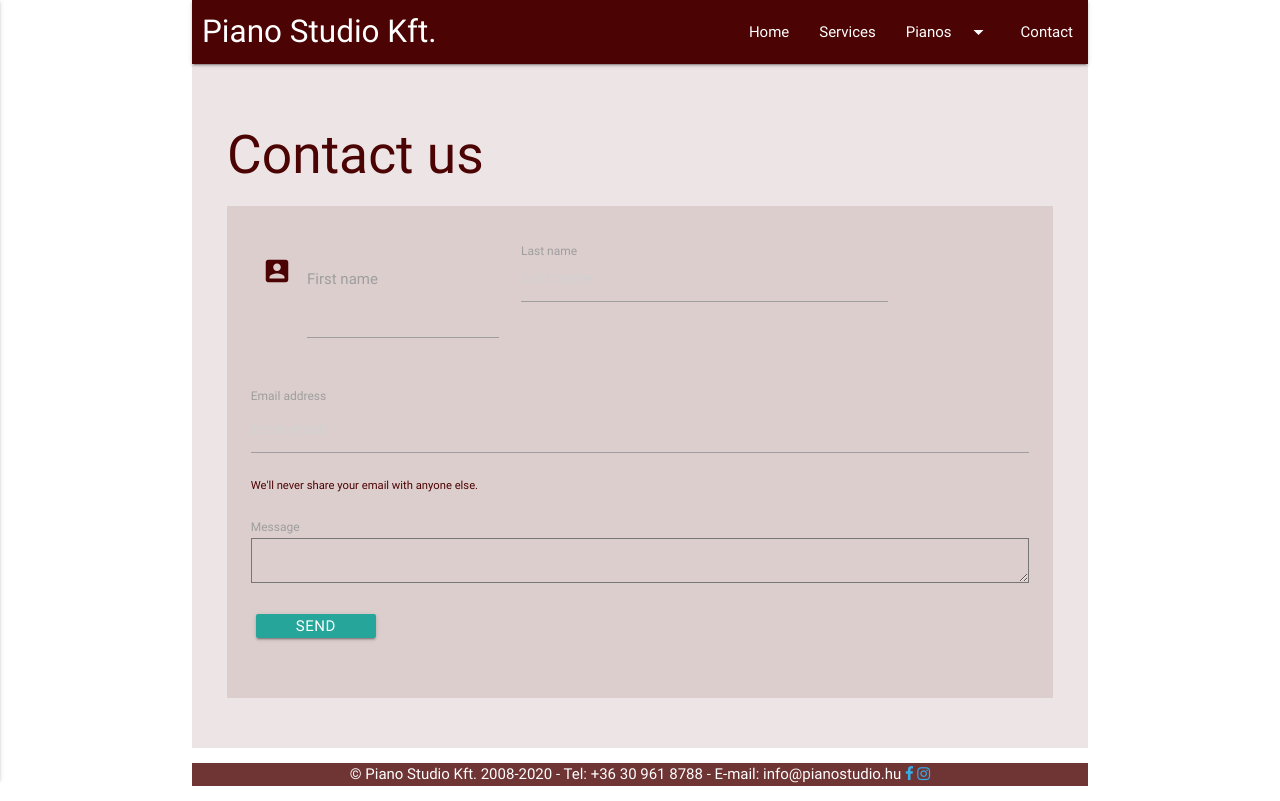
Repository: badiattila/pianostudioheroku
Page: http://localhost/contact
The author's editor kept a record of every edit. The page is drawn from the files as they stood at one moment, then again after the next edit.
The browser window is 1280 px wide. The pictures show the whole page.
Some web libraries are served in a nearby version. The page is served by the project's application, run on Flask 3 (app.py).

Above is the page before.
Console error: ReferenceError: emailjs is not defined

After the next edit:
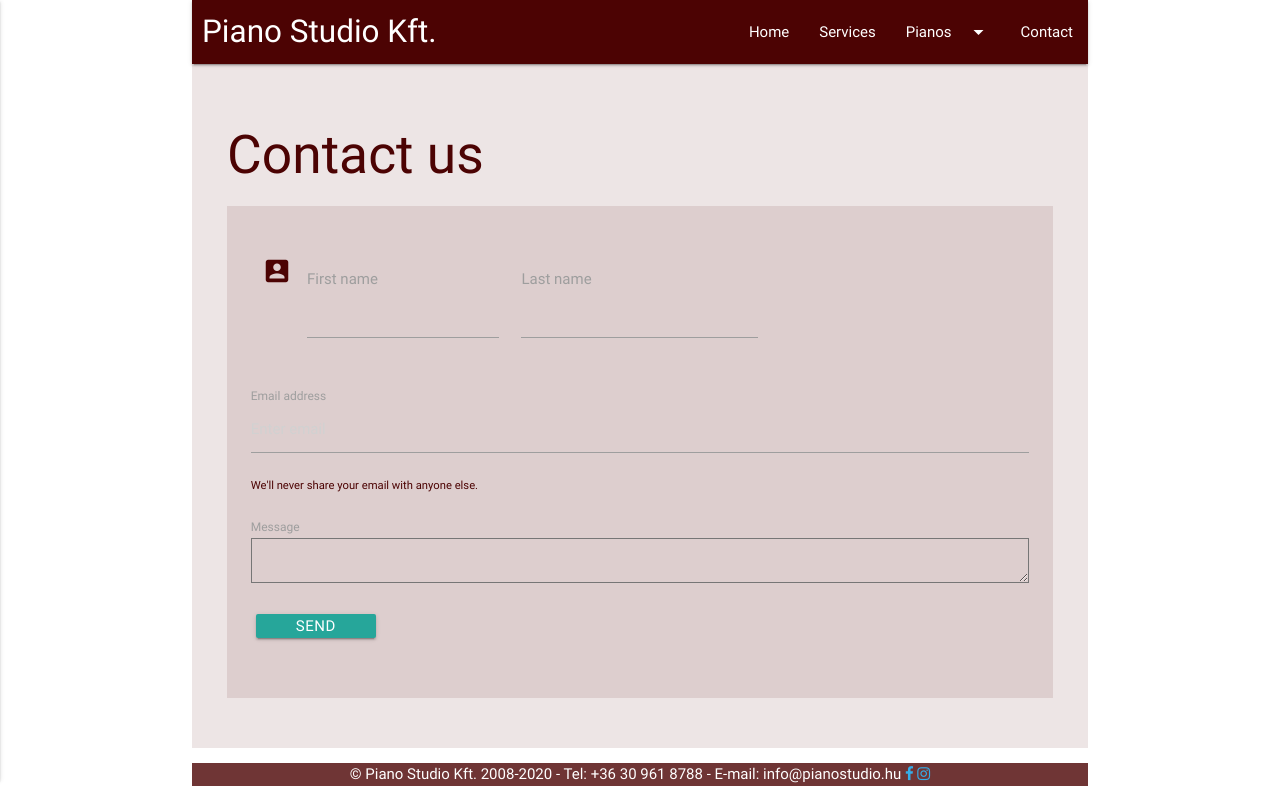
The edit:
--- a/templates/contact.html
+++ b/templates/contact.html
@@ -31,9 +31,9 @@
         <textarea id="InputFirstName" name="user_fname" class="materialize-textarea"></textarea>
         <label for="InputFirstName">First name</label>
       </div>
-      <div class="input-field col s6">
+      <div class="input-field col s4">
+        <textarea id="InputLastName" class="materialize-textarea" name="user_sname" required></textarea>
         <label for="InputLastName">Last name</label>
-        <input type="text" id="InputLastName" class="form-control" placeholder="Last name" name="user_sname" required>
       </div>
     </div>
 
